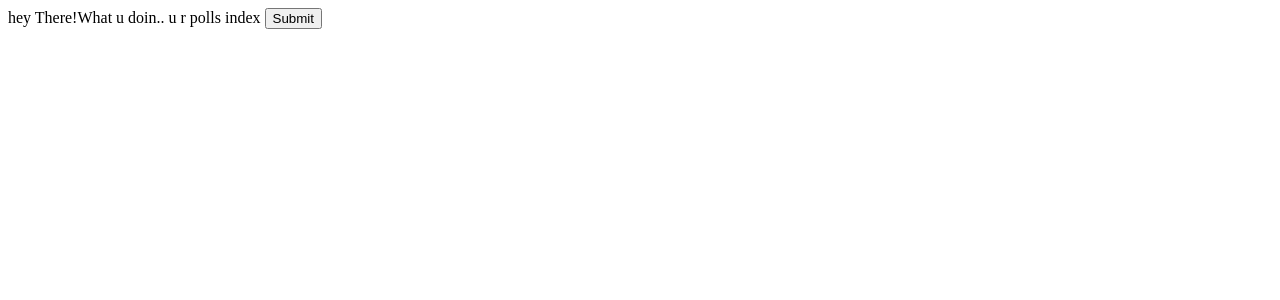
Repository: cod-lab/python
Page: http://localhost/polls/
These files come from the project's save history. The page is drawn as it stood at one moment and after the next save; the edit follows.
The browser window is 1280 px wide. The pictures show the whole page.
The page is served by the project's application, run on Django 3.2 (MTA/mysite/manage.py).

Above is the page before, as saved 2020-02-14 15:15:33.

After the next save:
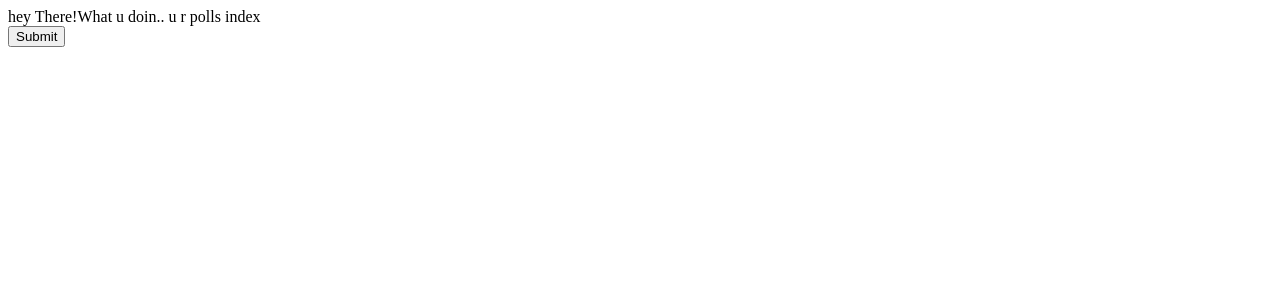
Saved 31 s later.
--- a/MTA/mysite/polls/views.py
+++ b/MTA/mysite/polls/views.py
@@ -3,4 +3,4 @@ from django.http import HttpResponse
 
 # Create your views here.
 def index(request):
-    return HttpResponse("hey There!What u doin.. u r polls index <input type = 'submit' class = 'ok' caption = 'ok'>")
+    return HttpResponse("hey There!What u doin.. u r polls index <br> <input type = 'submit' class = 'ok' caption = 'ok'>")
